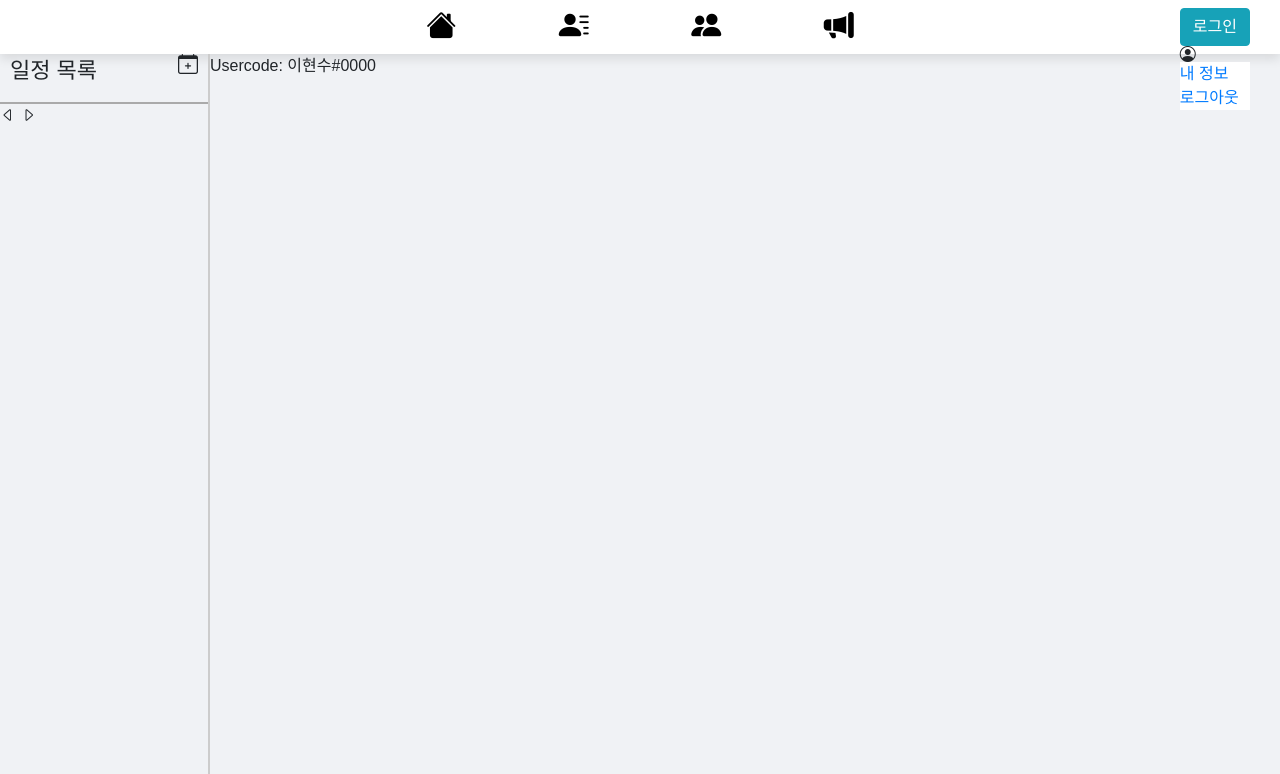
Repository: Hyeon330/Full_stack-code
Page: http://localhost/miniProject/
An editor plug-in stored every save of this project. The page is shown before and after the next save, followed by the edit.
The browser window is 1280 px wide. The pictures show the whole page.
Some web fonts or font styles are not loaded; a fallback is used. The page is served by Tomcat 9.

Above is the page before, as saved 2022-03-20 09:10:13.

After the next save:
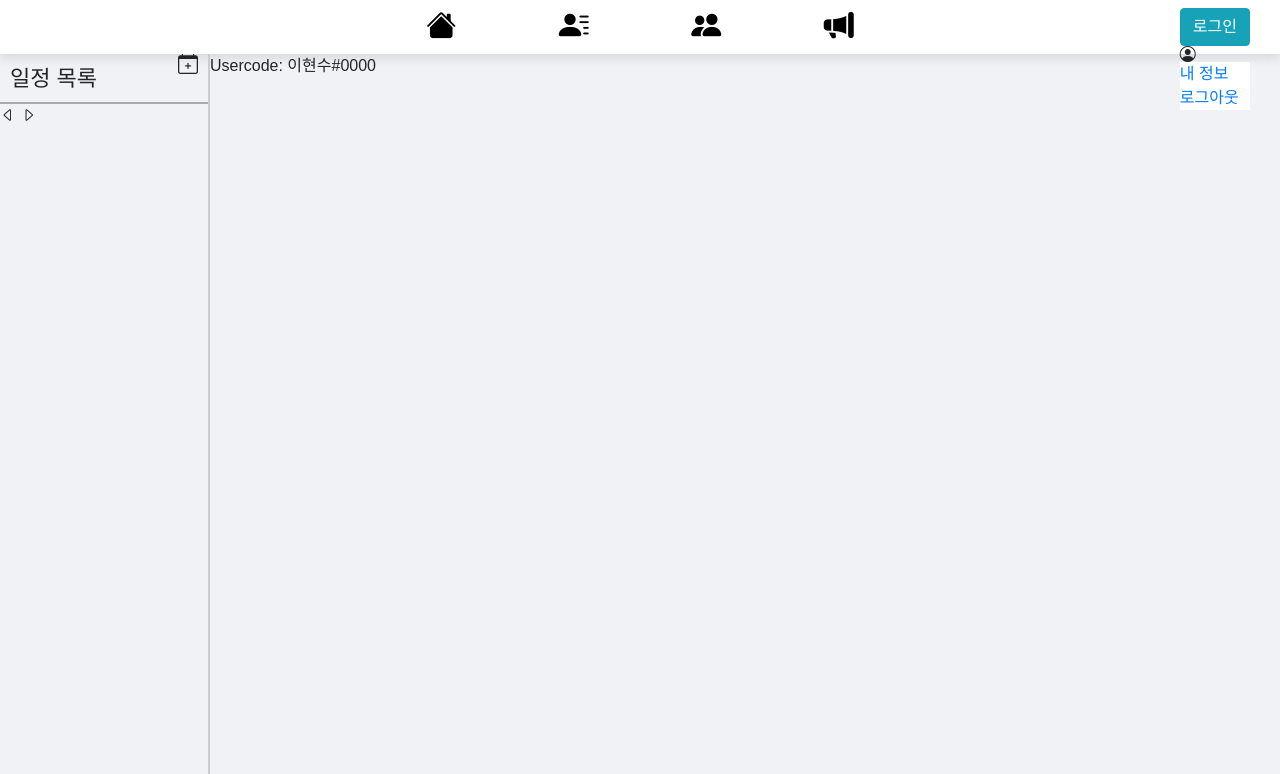
Saved 30 s later.
--- a/주요과제/Spring/miniProject/src/main/webapp/WEB-INF/views/home.jsp
+++ b/주요과제/Spring/miniProject/src/main/webapp/WEB-INF/views/home.jsp
@@ -10,6 +10,7 @@
 	padding: 0 10px;
 	border-bottom: 2px solid #aaa;
 	height: 50px;
+	line-height: 50px;
 }
 #sideTitle > span:first-child {
 	font-size: 22px;
